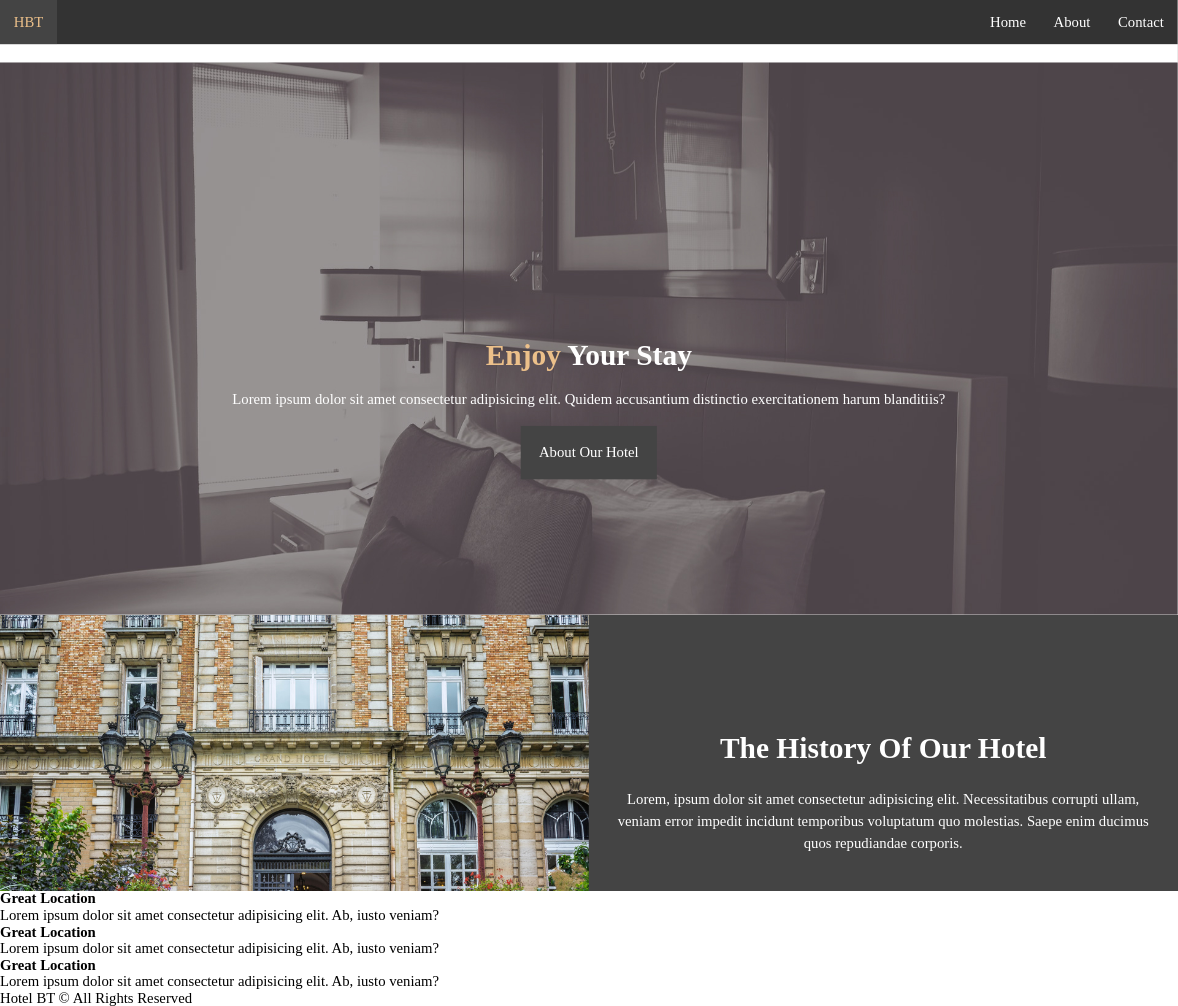
Repository: reemoon-ctrl/hotel-website
Page: 35 - hotel-website/index.html
An editor plug-in stored every save of this project. The page is shown before and after the next save, followed by the edit.
The browser window is 1280 px wide. The pictures show the whole page, at 92% of full size.

Above is the page before, as saved 2024-07-21 12:37:09.

### 35 - hotel-website/index.html
<!DOCTYPE html>
<html lang="en">
<head>
    <meta charset="UTF-8">
    <meta name="viewport" content="width=device-width, initial-scale=1.0">
    <title>Document</title>
    <link rel="stylesheet" href="index.css"/>
</head>
<body>
    <header>
        <ul class="nav-bar">
            <li class="title"><a href="">HBT</a></li>
            <li class="bag-nav"><a href=" ">Contact</a></li>
            <li class="bag-nav"><a href="">About</a></li>
            <li class="bag-nav"><a href="">Home</a></li>
        </ul>

    </header>

    <header class="mainheader" >
        <div class="mainheadertxt">
            <h1><span class="fword">Enjoy</span> Your Stay</h1>
            <p>Lorem ipsum dolor sit amet
                consectetur adipisicing elit.
                Quidem accusantium distinctio
                exercitationem harum blanditiis?
            </p>
            <a href="#" >About Our Hotel</a>
        </div>
    </header>

    <main class="main-content">
        <img class="hotelimg"src="img\photo-1.jpg" alt="hotel-img">
        <div class="hotel-disc">
            <h3>The History Of Our Hotel</h3>
            <p>Lorem, ipsum dolor sit amet consectetur adipisicing elit. Necessitatibus corrupti ullam, veniam error impedit incidunt temporibus voluptatum quo molestias. Saepe enim ducimus quos repudiandae corporis.</p>
            <a href="">Read More</a>
        </div>

    </main>

    <aside class="aside-bar">
        <ul>
            <li><h4>Great Location</h4>
                <p>Lorem ipsum dolor sit amet consectetur adipisicing elit. Ab, iusto veniam?</p>
            </li>
            <li><h4>Great Location</h4>
                <p>Lorem ipsum dolor sit amet consectetur adipisicing elit. Ab, iusto veniam?</p>
            </li>
            <li><h4>Great Location</h4>
                <p>Lorem ipsum dolor sit amet consectetur adipisicing elit. Ab, iusto veniam?</p>
            </li>
        </ul>
    </aside>

    <footer>
        <p>Hotel BT &copy; All Rights Reserved</p>

    </footer>

</body>
</html>

### 35 - hotel-website/index.css
*{
    padding: 0px;
    margin: 0px;
    box-sizing: border-box;

}
.nav-bar{
    list-style:none;
    overflow: auto;
    /* clear:both; */
    background: #333333;
}
.title{
    float: left;
}
.bag-nav{
    float: right;
}
.nav-bar li a{
    text-decoration: none;
    padding: 15px;
    display: inline-block;
    color: #fff;
}
.nav-bar li a:hover{
    background: #444444;
    color:#ecc08a;
}

.mainheader{
     background-image: url("img/showcase.jpg")  ;
   /* background-size:cover;


    height: 600px; */


  background-color: #cccccc;
  height: 600px;
  background-position: center;
  background-repeat: no-repeat;
  background-size: cover;
  position: relative;
}
.mainheadertxt{
    margin: auto;
    top:50%;
    position:relative;
    text-align: center;
    margin-top: 20px;
    color:#fff;
}
.mainheadertxt h3{
    font-size:xx-large;

}

.mainheadertxt p{
    margin:20px;
}
.mainheadertxt a{
    position:relative;
    display: block;
    width: fit-content;
    background: #444444;
    text-decoration:none ;
    color: #fff;
    top:50%;
    margin:auto;


    padding: 20px;
}
.fword{
    color:#ecc08a
}
.main-content{
    width:100%;
    height:300px;
    overflow: auto;
    background: #444444;
    color: #fff;
}
.hotelimg{
    width:50%;
    float:left;
}
.hotel-disc{
    width:50%;
    float:right;
    text-align: center;
    margin-top:100px;
    line-height: 1.5;
    padding:20px;

}
.hotel-disc h3{
    font-size: xx-large;
    margin-bottom: 20px;
}
.hotel-disc a{
    position:relative;
    display: block;
    width: fit-content;

    text-decoration:none ;
    color: #333333;
    padding: 15px;
    margin:auto;
    margin-top: 20px;
    background: ;

}

After the next save:
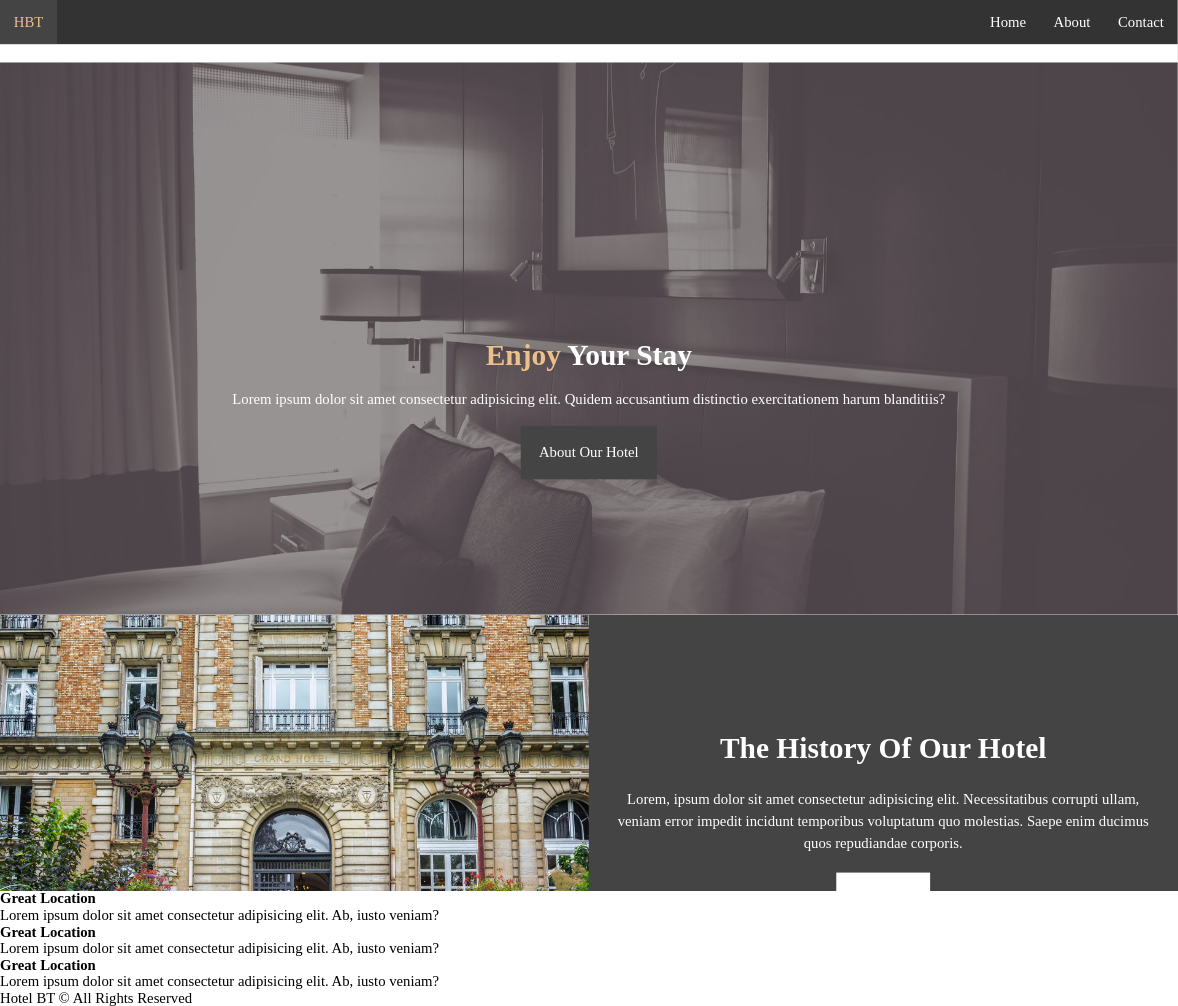
Saved 4 s later.
--- a/35 - hotel-website/index.css
+++ b/35 - hotel-website/index.css
@@ -108,6 +108,6 @@
     padding: 15px;
     margin:auto;
     margin-top: 20px;
-    background: ;
+    background: #fff;
 
 }
